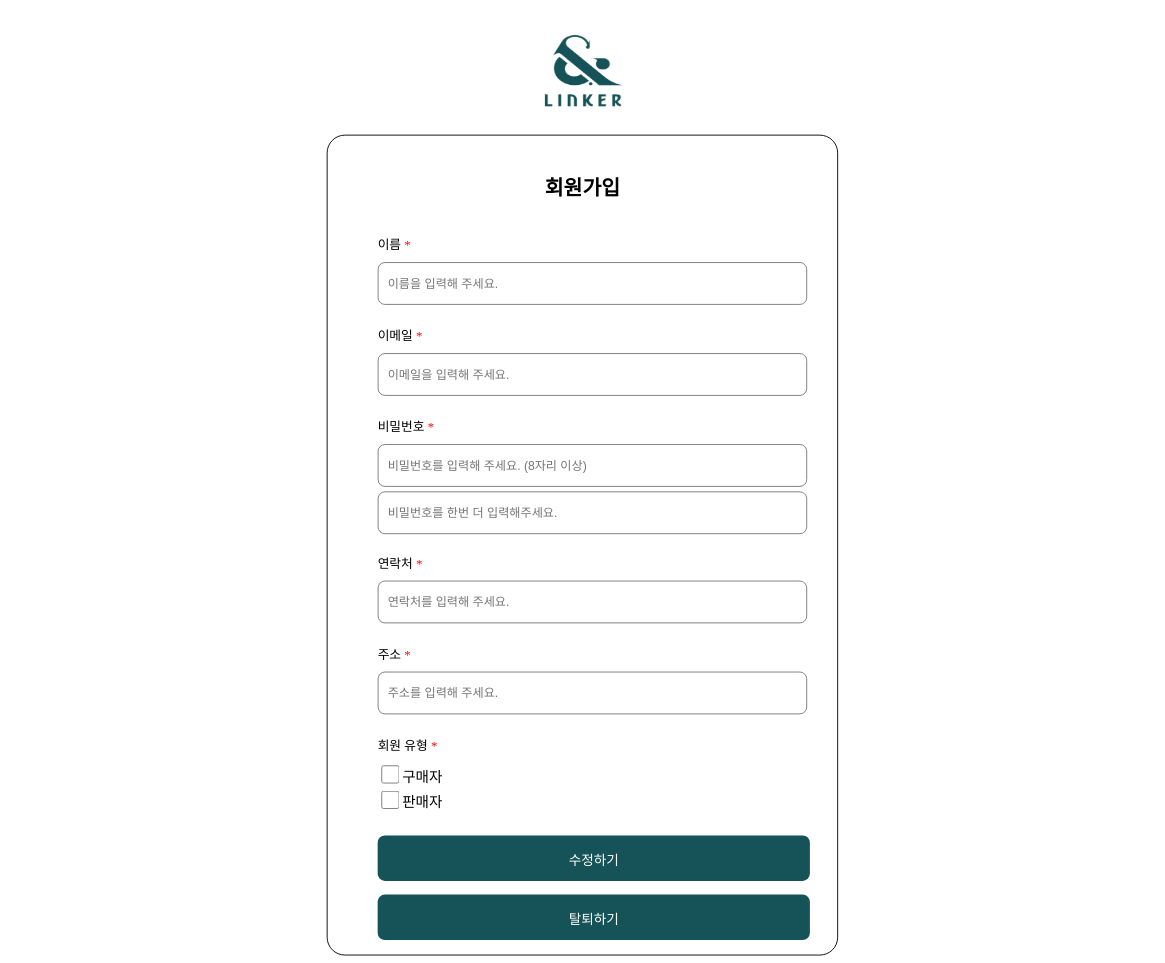
Repository: soomseting/let_me_go
Page: LINKER_re/src/main/webapp/user_update.html
An editor plug-in stored every save of this project. The page is shown before and after the next save, followed by the edit.
The browser window is 1280 px wide. The pictures show the whole page, at 91% of full size.

Above is the page before, as saved 2025-03-24 01:41:04.
Console error: TypeError: Cannot set properties of null (setting 'onclick')

### LINKER_re/src/main/webapp/user_update.html
<!DOCTYPE html>
<html lang="en">

<head>
    <meta charset="UTF-8">
    <meta name="viewport" content="width=device-width, initial-scale=1.0">
    <title>Document</title>
    <link rel="stylesheet" href="css/sign_up.css">
    <script src="https://ajax.googleapis.com/ajax/libs/jquery/3.3.1/jquery.min.js"></script>
    <script src="js/jquery-3.7.1.js"></script>
    <script src="js/script.js"></script>
</head>

<body>
    <section>
        <div class="sign_up_logo">
            <img src="img/logo.png" alt="logo">
        </div>
        <div class="sign_up_content">
            <div class="su_title">
                <h1>회원가입</h1>
            </div>
            <div class="su_con_wrap">
                <div class="su_con_box">
                    <div class="su_ct">이름<span> *</span></div>
                    <div class="su_input"><input type="text" placeholder="이름을 입력해 주세요."></div>
                </div>
                <div class="su_con_box su_con_two">
                    <div class="su_ct">이메일<span> *</span></div>
                    <div class="su_input"><input type="text" placeholder="이메일을 입력해 주세요."></div>
                </div>
                <div class="su_con_box">
                    <div class="su_ct">비밀번호<span> *</span></div>
                    <div class="su_input"><input type="password" placeholder="비밀번호를 입력해 주세요. (8자리 이상)"></div>
                    <div class="su_input"><input type="password" placeholder="비밀번호를 한번 더 입력해주세요."></div>
                </div>
                <div class="su_con_box su_con_one">
                    <div class="su_ct">연락처<span> *</span></div>
                    <div class="su_input"><input type="text" placeholder="연락처를 입력해 주세요."></div>
                </div>
                <div class="su_con_box su_con_thr">
                    <div class="su_ct">주소<span> *</span></div>
                    <div class="su_input"><input type="text" placeholder="주소를 입력해 주세요."></div>
                </div>
                <div class="su_con_box su_con_thr">
                    <div class="su_ct">회원 유형<span> *</span></div>
                    <div class="su_input su_ck">
                        <div class="su_flex">
                            <input type="checkbox" name="user_category"><span>구매자</span>
                        </div>
                        <div class="su_flex">
                            <input type="checkbox" name="user_category"><span>판매자</span>
                        </div class="su_flex">
                    </div>
                </div>
                <div class="su_con_box su_con_for">
                    <div class="su_input"><input type="submit" value="수정하기"></div>
                    <div class="su_input"><input type="submit" value="탈퇴하기"></div>
                </div>
            </div>
        </div>
    </section>
</body>

</html>

### LINKER_re/src/main/webapp/css/sign_up.css
/*sign_up*/
.sign_up_logo{width: 250px;height: 140px;margin: 0 auto;}
.sign_up_logo img{width: 250px;height: 140px;}

.sign_up_content{width: 560px;height: 900px;border: 1px solid black; margin: 0 auto; border-radius: 20px;}

.su_title{font-weight: bold;font-family: Arial, Helvetica, sans-serif; padding: 20px 50px;text-align: center; font-size: 15px;}

.su_con_wrap{width: 560px;height: 800px;}
.su_con_box{width: 450px;height: 100px;margin: 0 auto;}
.su_ct{font-size: 14px; margin-bottom: 10px;}
.su_ct span{color: red;}
.su_input input{width: 450px;height: 45px; border-radius: 8px; border: 1px solid #777;margin-bottom: 5px;}
.su_input input[placeholder]{padding: 0 10px;}
.su_con_one{margin-top: 50px;}
/* .su_con_for{margin-top: 15px;} */
.su_con_for input{width: 475px;height: 50px; margin-top: 10px; background: #165358; color: #fff;font-size: 15px;transition: 0.3s;border: none;}
.su_con_for:hover input{background: #518682; transition: 0.3s;border: none;cursor: pointer;}

#sign_up_agree{font-size: 10px;margin-bottom: 10px;color: rgb(154, 155, 167);}

.su_flex{display: flex; align-items: center;}
.su_flex input{width: 20px;height: 20px;}

### LINKER_re/src/main/webapp/js/script.js
$(document).ready(function () {

        //main_img_slide
        var img= $("#slide div");
        var cnt=0;
        var max=img.length-1;
        setInterval(next ,3000);

        function next(){
            if(img.is(":animated")) return false;
            $(img[cnt]).animate({"left":"-100%"}).siblings().css({"left":"100%"});
            cnt++;
            if(cnt>max) cnt=0;
            $(img[cnt]).animate({"left":0});
            }

        //sign_in_popup
        function open(){
            $('#pop').css({"display":"block"});

            $('#semi_wrap').css({"position":"sticky"});
            $('section').css({"margin-top":"0"});
        }
        $(".sign_in").on("click",open);
        function close(){
            $('#pop').css({"display":"none"});
            $('#semi_wrap').css({"position":"fixed"});
            $('section').css({"margin-top":"101px"});
        }
        $("#close").on("click",close);

        $('input[type="checkbox"][name="user_category"]').click(function(){

            if($(this).prop('checked')){
               $('input[type="checkbox"][name="user_category"]').prop('checked',false);
               $(this).prop('checked',true);
              }
        });

        /*product_detail*/
        var detail_main = document.querySelector(".detail_main img");
        var detail_sub = document.querySelector(".detail_sub");

        // var ping = document.querySelectorAll(".de_sub img");

        detail_sub.onclick = function(e){
            // console.log(event.target);
            if(e.target.getName == "DIV"){
                return;
            }
            detail_main.src = e.target.src;
        }
        // ping.onclick = function(){
        //     if(ping.classList.contains("pr_ping")){
        //         ping.style.width = "50px";
        //         ping.style.height = "50px";
        //         ping.style.border = "5px solid black";
        //     }else{
        //         ping.style.width = "50px";
        //         ping.style.height = "50px";
        //         ping.style.border = "none";
        //     }
        //     ping.classList.toggle("pr_ping");
        // }
});

Loaded but not shown: LINKER_re/src/main/webapp/js/jquery-3.7.1.js (library)

After the next save:
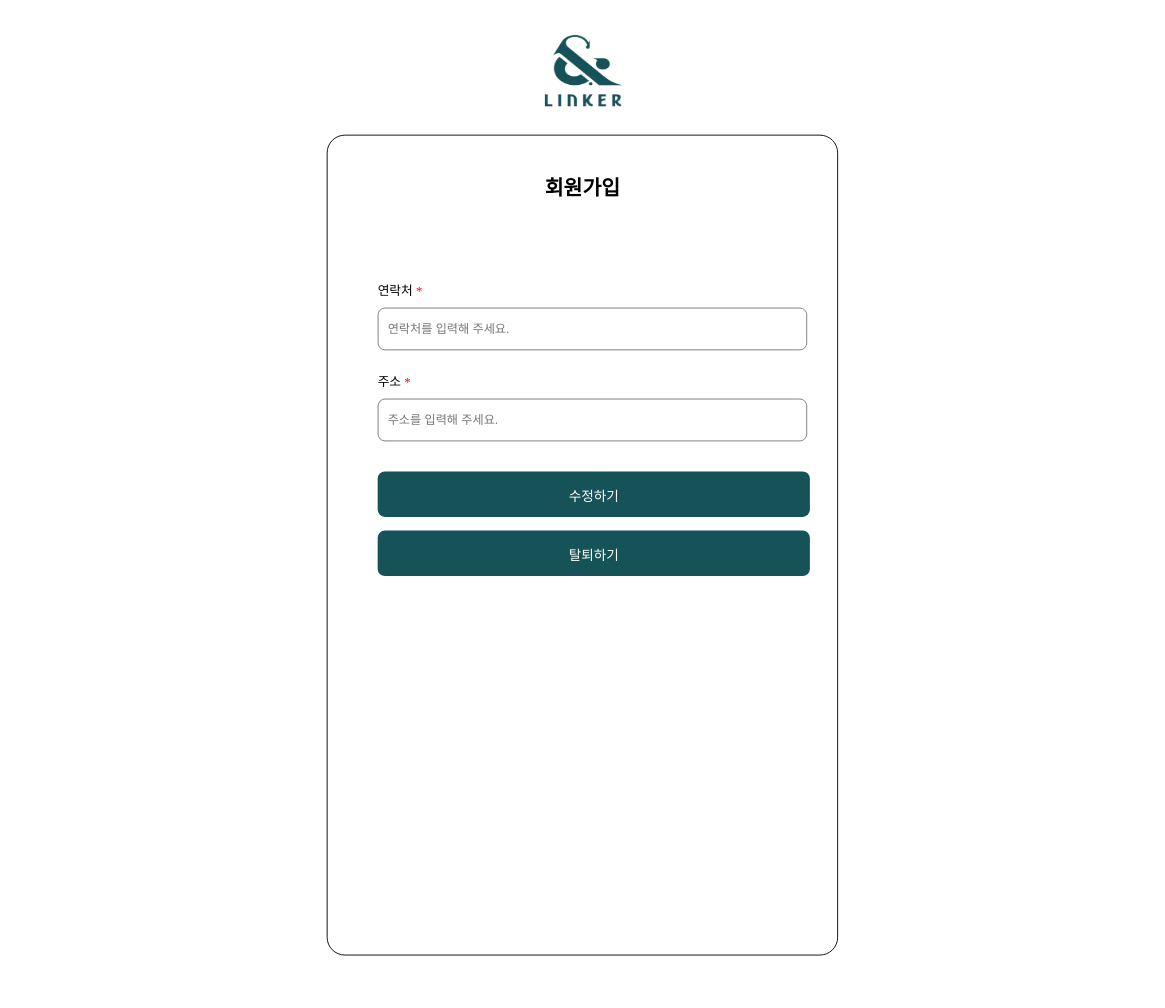
Saved 49 s later.
--- a/LINKER_re/src/main/webapp/user_update.html
+++ b/LINKER_re/src/main/webapp/user_update.html
@@ -21,7 +21,7 @@
                 <h1>회원가입</h1>
             </div>
             <div class="su_con_wrap">
-                <div class="su_con_box">
+                <!-- <div class="su_con_box">
                     <div class="su_ct">이름<span> *</span></div>
                     <div class="su_input"><input type="text" placeholder="이름을 입력해 주세요."></div>
                 </div>
@@ -33,7 +33,7 @@
                     <div class="su_ct">비밀번호<span> *</span></div>
                     <div class="su_input"><input type="password" placeholder="비밀번호를 입력해 주세요. (8자리 이상)"></div>
                     <div class="su_input"><input type="password" placeholder="비밀번호를 한번 더 입력해주세요."></div>
-                </div>
+                </div> -->
                 <div class="su_con_box su_con_one">
                     <div class="su_ct">연락처<span> *</span></div>
                     <div class="su_input"><input type="text" placeholder="연락처를 입력해 주세요."></div>
@@ -42,7 +42,7 @@
                     <div class="su_ct">주소<span> *</span></div>
                     <div class="su_input"><input type="text" placeholder="주소를 입력해 주세요."></div>
                 </div>
-                <div class="su_con_box su_con_thr">
+                <!-- <div class="su_con_box su_con_thr">
                     <div class="su_ct">회원 유형<span> *</span></div>
                     <div class="su_input su_ck">
                         <div class="su_flex">
@@ -52,7 +52,7 @@
                             <input type="checkbox" name="user_category"><span>판매자</span>
                         </div class="su_flex">
                     </div>
-                </div>
+                </div> -->
                 <div class="su_con_box su_con_for">
                     <div class="su_input"><input type="submit" value="수정하기"></div>
                     <div class="su_input"><input type="submit" value="탈퇴하기"></div>
